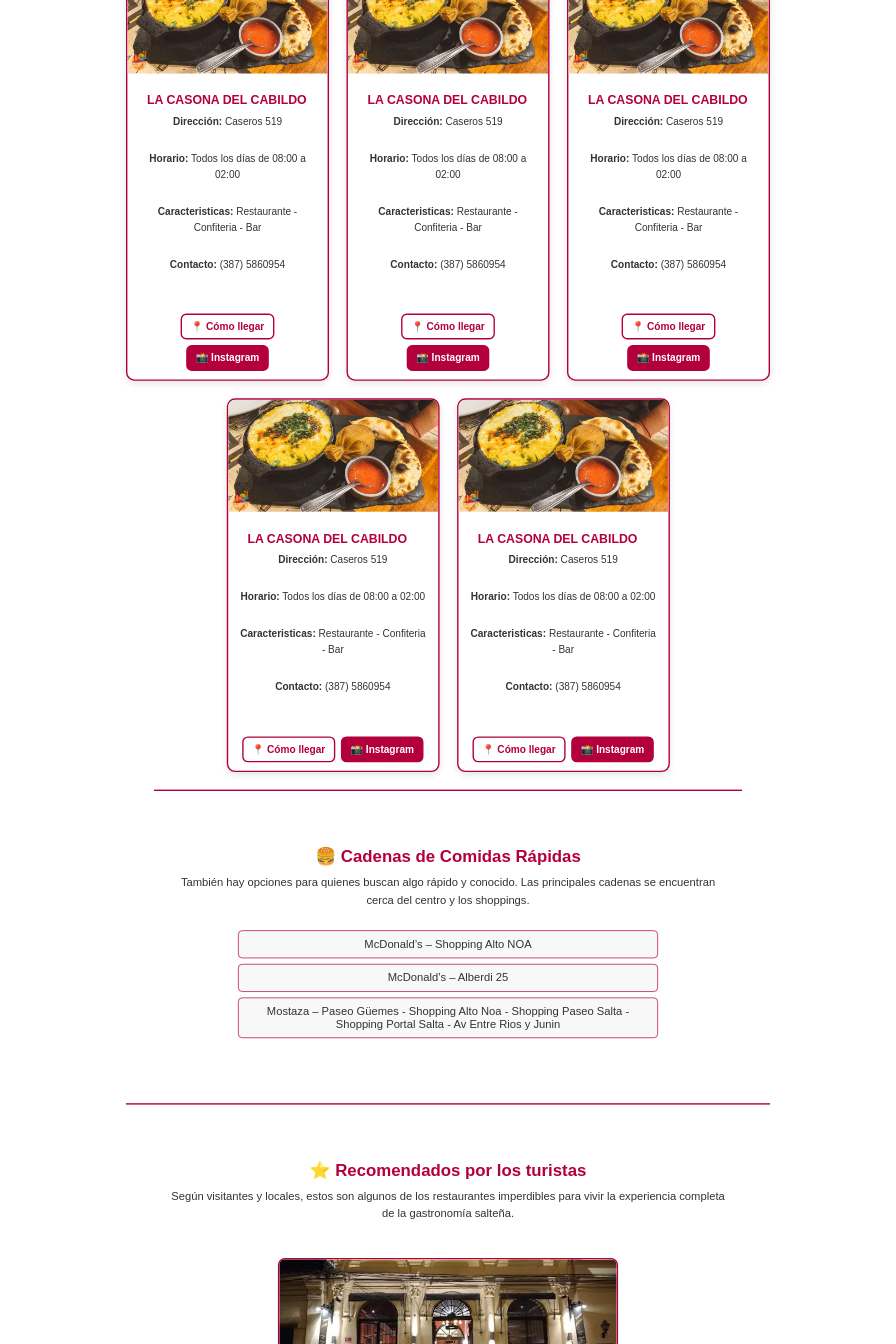
Repository: nahir95/come-en-salta
Page: restaurantes.html
These files come from the project's save history. The page is drawn as it stood at one moment and after the next save; the edit follows.
The browser window is 1280 px wide. The pictures show the part of the page from y = 4580 to 6500 px (the page is 7339 px tall before and 7024 px after), at 70% of full size.

Above is the page before, as saved 2025-11-12 03:00:23.

After the next save:
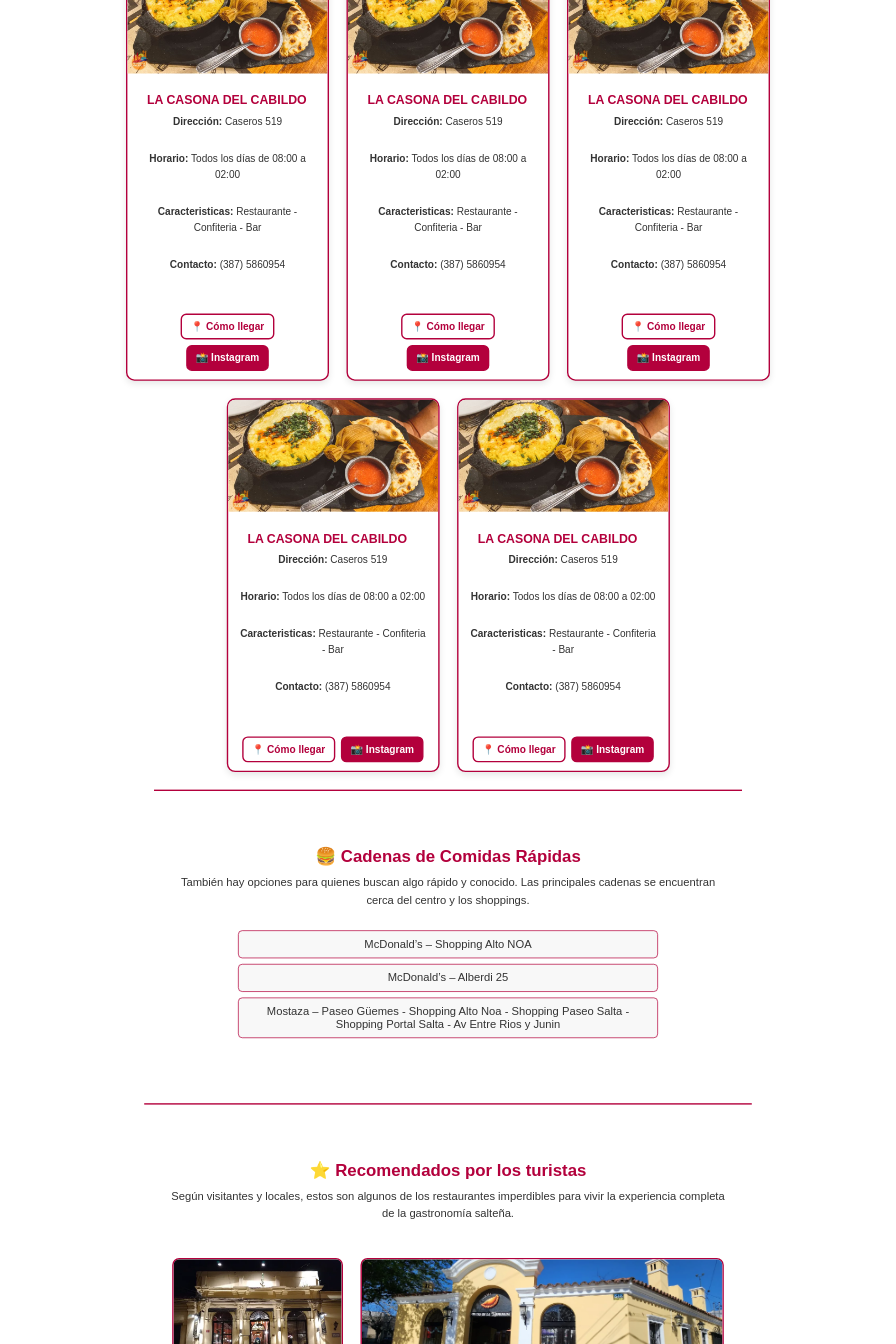
Saved 24 s later.
--- a/restaurantes.html
+++ b/restaurantes.html
@@ -442,7 +442,7 @@
         <article class="card">
           <img src="imagenes/doña-salta.webp" alt="Empanadas salteñas">
           <h3>Doña Salta</h3>
-          <p>Empanadas caseras, locro y guisos típicos en un ambiente colonial.</p>
+          <p>Empanadas caseras, locro.</p>
           <p>Dirección: Córdoba 46</p>
         </article>
         <article class="card">
